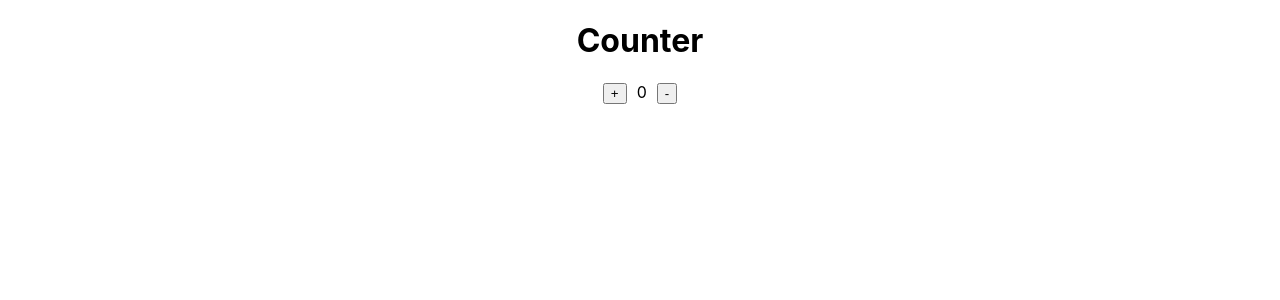
Repository: vsangavi/Redux-Counter
Page: /
These files come from the project's save history. The page is drawn as it stood at one moment and after the next save; the edit follows.
The browser window is 1280 px wide. The pictures show the whole page.
The project was rebuilt for these pictures with package versions that can differ from the ones it lists, and the page was loaded fresh each time.

Above is the page before, as saved 2020-10-02 16:43:35.

### src/App.js
import React from "react";
import Counter from "./Counter";
import "./App.css";

function App() {
  return (
    <div className="App">
      <Counter />
    </div>
  );
}

export default App;

### src/Counter.js
import React, { Component } from "react";

class Counter extends Component {
  constructor(props) {
    super();
    this.state = {
      count: 0,
    };
  }
  render() {
    const Increment = () => {
      this.setState({
        count: this.state.count + 1,
      });
    };
    const Decrement = () => {
      this.setState({
        count: this.state.count - 1,
      });
    };
    return (
      <div>
        <h1>Counter</h1>
        <div className="outerDiv">
          <button onClick={Increment}>+</button>
          <span>{this.state.count}</span>
          <button onClick={Decrement}>-</button>
        </div>
      </div>
    );
  }
}
export default Counter;

### src/App.css
.App {
  text-align: center;
}
span {
  margin: 10px 10px;
}
.outerDiv {
  height: 100px
  border: 1px solid;
}

Loaded but not shown: public/index.html (common file); src/index.js (common file); src/index.css (common file); src/serviceWorker.js (common file)

After the next save:
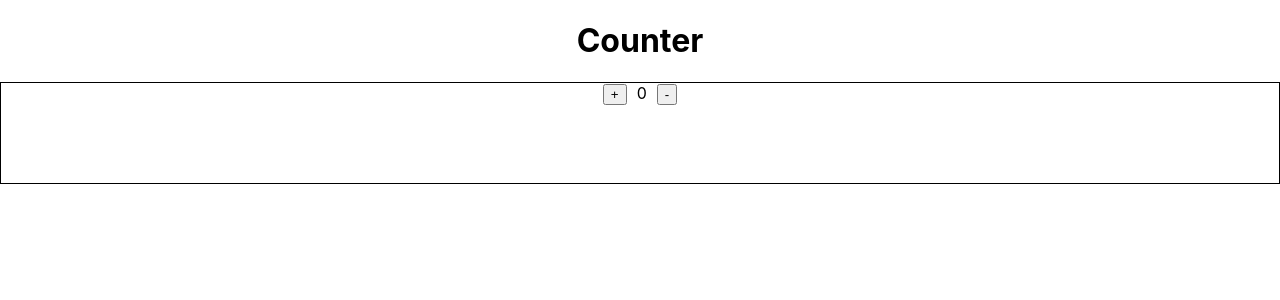
Saved 7 s later.
--- a/src/App.css
+++ b/src/App.css
@@ -5,6 +5,6 @@ span {
   margin: 10px 10px;
 }
 .outerDiv {
-  height: 100px
+  height: 100px;
   border: 1px solid;
 }
